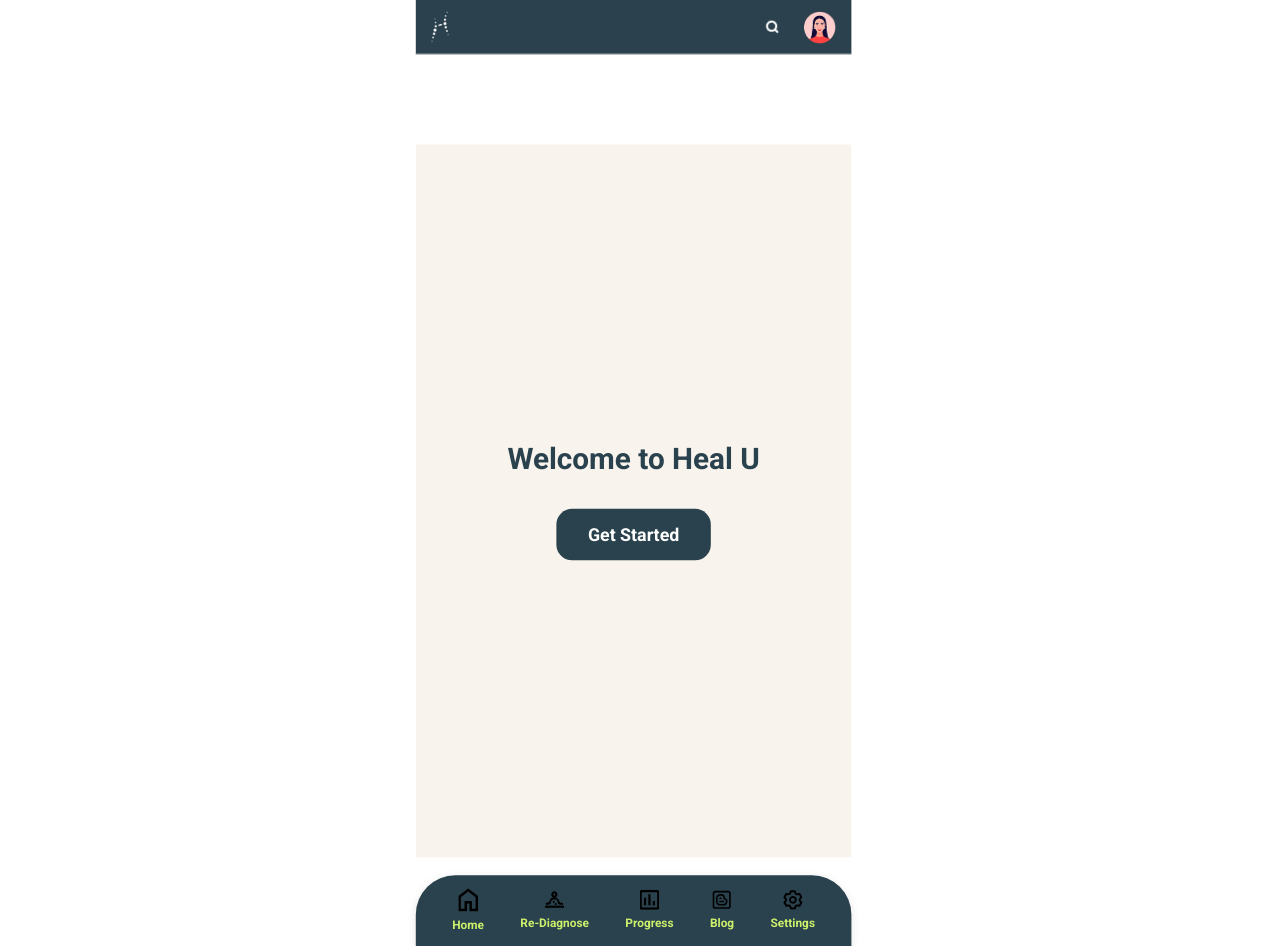
Repository: patcha-d3/heal_u
Page: /
An editor plug-in stored every save of this project. The page is shown before and after the next save, followed by the edit.
The browser window is 1280 px wide. The pictures show the whole page, at 99% of full size.
The project was rebuilt for these pictures with package versions that can differ from the ones it lists, and the page was loaded fresh each time. The framework's server and built-in components were replaced by stand-ins that run in the browser. Also part of the build but not shown: next.config.js, next.config.mjs.

Above is the page before, as saved 2025-05-16 19:35:24.

After the next save:
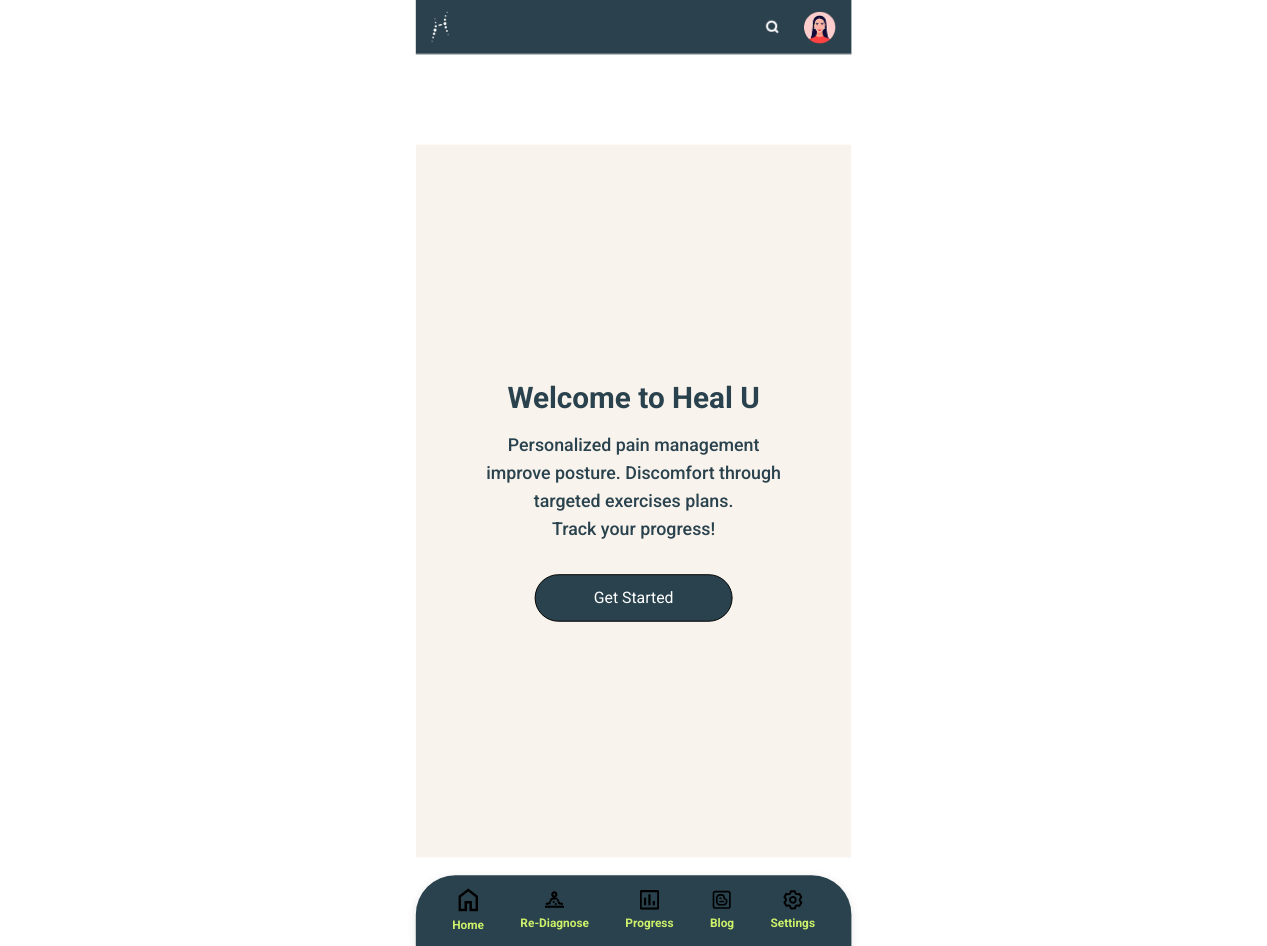
Saved 104 s later.
--- a/app/page.js
+++ b/app/page.js
@@ -1,22 +1,30 @@
 "use client";
 
 import { useRouter } from "next/navigation";
+import Button from "@ui/Button/Button";
 
 export default function LandingPage() {
 	const router = useRouter();
 	return (
 		<div className='min-h-screen w-full flex flex-col items-center justify-center bg-[#F8F3EC]'>
-			<h1 className='text-3xl font-bold text-[#29424D] mb-8'>
+			<h1 className='text-3xl font-bold text-[#29424D] mb-4'>
 				Welcome to Heal U
 			</h1>
-			<button
-				className='px-8 py-3 bg-[#29424D] text-white rounded-2xl text-lg font-bold hover:bg-[#1e2e38] transition'
+			<p className='text-center text-[#29424D] text-lg font-medium mb-8 max-w-xs'>
+				Personalized pain management
+				<br />
+				improve posture. Discomfort through <br />
+				targeted exercises plans.
+				<br />
+				Track your progress!
+			</p>
+			<Button
+				text='Get Started'
+				fullWidth={false}
 				onClick={() =>
 					router.push("/onboarding/step-one")
 				}
-			>
-				Get Started
-			</button>
+			/>
 		</div>
 	);
 }
